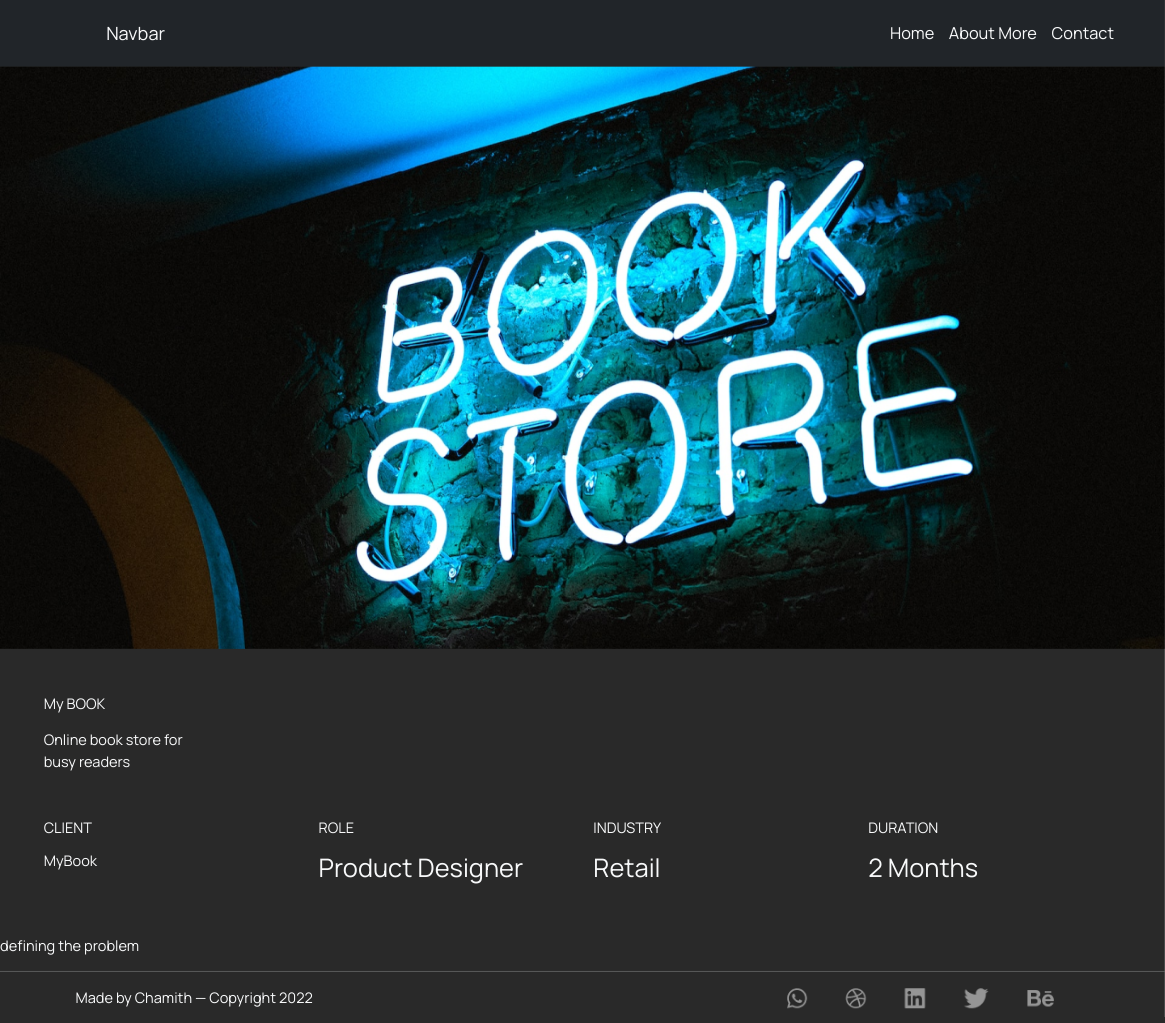
Repository: Realchamithweb/chamith-html
Page: work.html
These files come from the project's save history. The page is drawn as it stood at one moment and after a run of saves; the edit follows.
The browser window is 1280 px wide. The pictures show the whole page, at 91% of full size.

Above is the page before, as saved 2023-01-24 07:17:49.

### work.html
<!doctype html>
<html lang="en">
  <head>
    <!-- Required meta tags -->
    <meta charset="utf-8">
    <meta name="viewport" content="width=device-width, initial-scale=1">
    <link rel="stylesheet" href="/css/style.css">
    <!-- Bootstrap CSS -->
    <link href="https://cdn.jsdelivr.net/npm/bootstrap@5.0.2/dist/css/bootstrap.min.css" rel="stylesheet" integrity="sha384-EVSTQN3/azprG1Anm3QDgpJLIm9Nao0Yz1ztcQTwFspd3yD65VohhpuuCOmLASjC" crossorigin="anonymous">
    <link rel="stylesheet" href="https://fonts.googleapis.com/css?family=Manrope">
    <title>Hello, world!</title>
  </head>
  <body>
    <div class="main">
            <div class="head">
                <nav class="navbar navbar-expand-lg navbar-light bg-dark">
                    <div class="container-fluid">
                        <div class="col-md-1"></div>
                    <a class="navbar-brand col-md-8 text-light" href="/index.html">Navbar</a>
                    <button class="navbar-toggler" type="button" data-bs-toggle="collapse" data-bs-target="#navbarNavDropdown" aria-controls="navbarNavDropdown" aria-expanded="false" aria-label="Toggle navigation">
                        <span class="navbar-toggler-icon"></span>
                    </button>
                    <div class="collapse navbar-collapse" id="navbarNavDropdown">
                        <ul class="navbar-nav">
                        <li class="nav-item">
                            <a class="nav-link active text-light" aria-current="page" href="/index.html">Home</a>
                        </li>
                        <li class="nav-item">
                            <a class="nav-link text-light" href="/work.html">About More</a>
                        </li>
                        <li class="nav-item">
                            <a class="nav-link text-light" href="/contact.html">Contact</a>
                        </li>
                        </ul>
                    </div>
                    </div>
                </nav>
            </div>
            <section>
                <div class="row">
                    <img src="/inc/work-top.png" class="work-hero">
                </div>
            </section>
            <section>
                <div class="row">
                    <div class="container-fluid text-light ms-5 mt-5">
                        <p>My BOOK</p>
                        <h>Online book store for<br>
                            busy readers </h3>
                    </div>
                </div>
                <div class="row p-5">
                        <div class="col-lg-3 text-light">
                            <p>CLIENT</p>
                            <h6>MyBook</h6>
                        </div>
                        <div class="col-lg-3 text-light">
                            <p>ROLE</p>
                            <h3>Product Designer</h3>
                        </div>
                        <div class="col-lg-3 text-light">
                            <p>INDUSTRY</p>
                            <h3>Retail</h3>
                        </div>
                        <div class="col-lg-3 text-light">
                            <p>DURATION</p>
                            <h3>2 Months</h3>
                        </div>
                </div>
            </section>
            <section>
                <div class="row">
                    <div class="col-lg-12 text-light">
                        <p>defining the problem</p>
                        <h3></h3>
                    </div>
                </div>
            </section>
            <section>
              <div class="footer">
                  <div class="container-fluid">
                      <div class="row">
                          <hr class="text-light">
                          <div class="col-lg-4 text-center text-light mb-3">Made by Chamith — Copyright 2022</div>
                          <div class="col-lg-4 mb-3"></div>
                          <div class="col-lg-4 mb-3"><img src="/inc/Icons.png" class="img02"></div>
                      </div>
                  </div>
              </div>
          </section>

  </div>


    <!-- Optional JavaScript; choose one of the two! -->

    <!-- Option 1: Bootstrap Bundle with Popper -->
    <script src="https://cdn.jsdelivr.net/npm/bootstrap@5.0.2/dist/js/bootstrap.bundle.min.js" integrity="sha384-MrcW6ZMFYlzcLA8Nl+NtUVF0sA7MsXsP1UyJoMp4YLEuNSfAP+JcXn/tWtIaxVXM" crossorigin="anonymous"></script>

    <!-- Option 2: Separate Popper and Bootstrap JS -->
    <!--
    <script src="https://cdn.jsdelivr.net/npm/@popperjs/core@2.9.2/dist/umd/popper.min.js" integrity="sha384-IQsoLXl5PILFhosVNubq5LC7Qb9DXgDA9i+tQ8Zj3iwWAwPtgFTxbJ8NT4GN1R8p" crossorigin="anonymous"></script>
    <script src="https://cdn.jsdelivr.net/npm/bootstrap@5.0.2/dist/js/bootstrap.min.js" integrity="sha384-cVKIPhGWiC2Al4u+LWgxfKTRIcfu0JTxR+EQDz/bgldoEyl4H0zUF0QKbrJ0EcQF" crossorigin="anonymous"></script>
    -->
  </body>
</html>

### css/style.css
.main{
    background-color: #292929;
    font-family: 'Manrope', serif;
    overflow-x: hidden;

}
.navbar{
    padding-top: 15px!important;
    padding-bottom: 15px!important;
}
.nav-link{
    font-size: 18px!important;
}
.hero{
    margin-top: 66px;
}

.hero-img{
    margin-top: 3em;
}

.hero-title{
    font-style: normal;
    font-weight: 400;
    font-size: 54px;
    line-height: 64px;
    margin-left: 96px;
}

.hero-text{
    font-style: normal;
    font-weight: 400;
    font-size: 20px;
    line-height: 30px;
    margin-left: 96px;
}

.hero-btn{
    margin-left: 96px;
}

.work-img:hover img{
        opacity: 0.5;
}

.work-img {
    position: relative;
  }

  .bg-color
  .work-img img {
    width: 100%;
    opacity: 1;
    transition: opacity 0.5s;
  }
.work-img .text {
    position: absolute;
    top: 50%;
    left: 50%;
    transform: translate(-50%, -50%);
    text-align: center;
    color: white;
  }

  .work-hero{
    width: 1440px;
    height: 640px;
    left: 0px;
    top: 0px;
  }
/*
.hero-title{
    position: absolute;
    width: 824px;
    height: 192px;
    left: 96px;
    top: 240px;

    font-family: 'Inter';
    font-style: normal;
    font-weight: 400;
    font-size: 54px;
    line-height: 64px;
    color: #000000;
}

.hero-text{
    position: absolute;
    width: 824px;
    height: 90px;
    left: 96px;
    top: 456px;

    font-family: 'Inter';
    font-style: normal;
    font-weight: 400;
    font-size: 20px;
    line-height: 30px;
    /* or 150% */
    /* color: #000000
}

.hero-btn{
    box-sizing: border-box;
    position: absolute;
    width: 341.57px;
    height: 57px;
    left: 96px;
    top: 634px;

    background: #FFFFFF;
    border: 1px solid #000000;
    border-radius: 4px;
}

.f-row{
    display: flex;
    flex-direction: row;
    justify-content: center;
    align-items: center;
    padding: 8px;
    gap: 32px;

    position: absolute;
    height: 48px;
    left: 96px;
    top: 836px;
}

.img00{
    display: flex;
    flex-direction: row;
    justify-content: center;
    align-items: center;
    padding: 8px;
    gap: 32px;

    position: absolute;
    width: 198px;
    height: 48px;
    left: 96px;
    top: 836px;

}

.img01{
    position: absolute;
    width: 612px;
    height: 888px;
    left: 96px;
    top: 964px;
    border-radius: 4px;
}

.img01:hover{
    background: linear-gradient(0deg, rgba(0, 0, 0, 0.6), rgba(0, 0, 0, 0.6)), url("/inc/Bookstore.png"), #292929;
}

.img02{
    position: absolute;
    width: 612px;
    height: 888px;
    left: 732px;
    top: 1102px;

    background: url(3ffea8135910975.Y3JvcCwxMDgwLDg0NCwwLDExNw.png), #292929;
    border-radius: 4px;
}  */

After the next 2 saves:
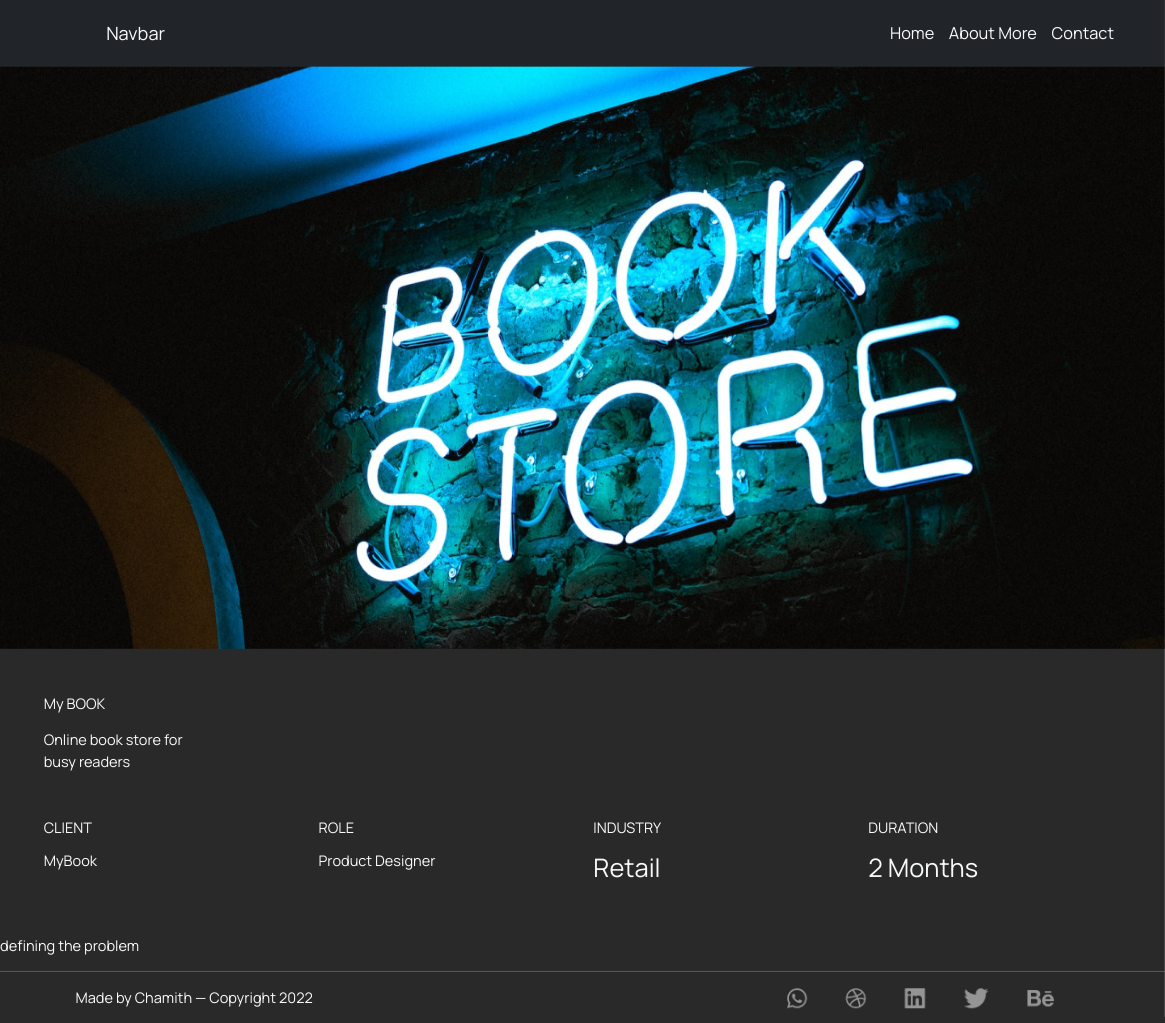
The 2 saves are shown as one change because they came seconds apart.
The last was saved 31 s later.
--- a/work.html
+++ b/work.html
@@ -56,7 +56,7 @@
                         </div>
                         <div class="col-lg-3 text-light">
                             <p>ROLE</p>
-                            <h3>Product Designer</h3>
+                            <h6>Product Designer</h6>
                         </div>
                         <div class="col-lg-3 text-light">
                             <p>INDUSTRY</p>
